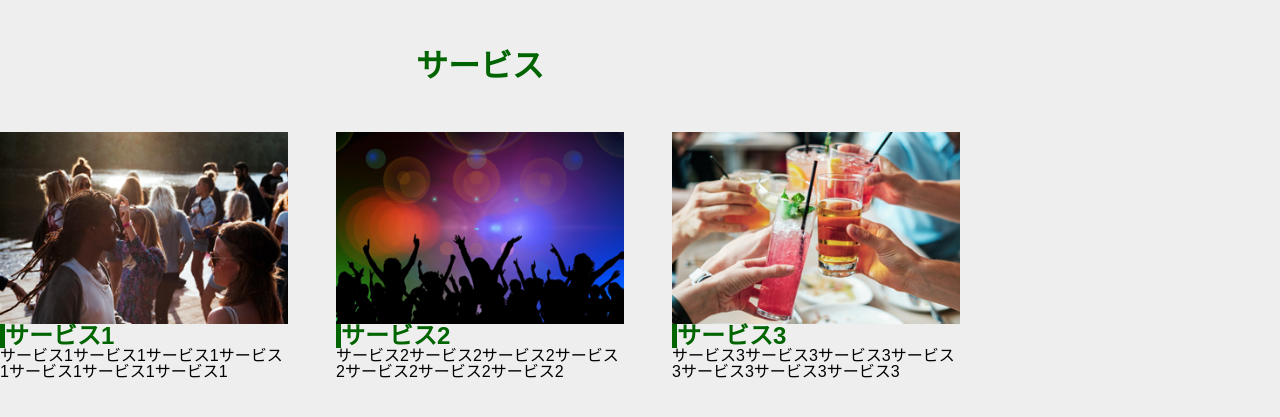
Repository: sonoyama01/dezasuta
Page: 第３回課題/work2/index.html
An editor plug-in stored every save of this project. The page is shown before and after the next save, followed by the edit.
The browser window is 1280 px wide. The pictures show the whole page.

Above is the page before, as saved 2024-04-27 23:20:39.

### 第３回課題/work2/index.html
<!DOCTYPE html>
<html lang="ja">

<head>
    <meta charset="UTF-8">
    <meta name="viewport" content="width=device-width, initial-scale=1.0">
    <title>第3回課題work2</title>
    <link rel="stylesheet" href="./css/reset.css">
    <link rel="stylesheet" href="./css/style.css">
</head>

<body>
    <h1>サービス</h1>
    <div class="box">
        <div>
            <img src="./images/main_1.jpg" alt="">
            <h2>サービス1</h2>
            <p>サービス1サービス1サービス1サービス1サービス1サービス1サービス1</p>
        </div>

        <div>
            <img src="./images/main_2.png" alt="">
            <h2>サービス2</h2>
            <p>サービス2サービス2サービス2サービス2サービス2サービス2サービス2</p>
        </div>

        <div>
            <img src="./images/main_3.png" alt="">
            <h2>サービス3</h2>
            <p>サービス3サービス3サービス3サービス3サービス3サービス3サービス3</p>
        </div>
    </div>

</body>

</html>

### 第３回課題/work2/css/reset.css
@charset "utf-8";

/* cssリセット */

/*利用するタグによってこちらの内容は増やす*/

html,
body,
h1,
h2,
h3,
p,
dl,
dt,
dd,
ul,
li {
  margin: 0;
  padding: 0;
  line-height: 1;
  /*デフォルトの文字色、font-familyを予め当てておく*/
  color: #000;
  font-family: "游ゴシック体", YuGothic, "游ゴシック", "Yu Gothic", "メイリオ",
    "Hiragino Kaku Gothic ProN", "Hiragino Sans", sans-serif;
}

a {
  /*下線を消す*/
  text-decoration: none;
  /*色を消す*/
  color: inherit;
}

ul {
  /*左の「・」を消す*/
  list-style: none;
}

img {
  max-width: 100%;
  vertical-align: bottom;
  border: none;
}

### 第３回課題/work2/css/style.css
@charset "utf-8";

body {
  width: 960px;
  background-color: #eeeeee;
}
h1 {
  text-align: center;
  color: #006400;
  margin: 50px auto;
}

h2 {
  color: #006400;
  border-left: 5px solid #006400;
}

.box {
  display: flex;
  justify-content: space-between;
  margin: 0 auto;
}
.box div {
  width: 30%;
}

After the next save:
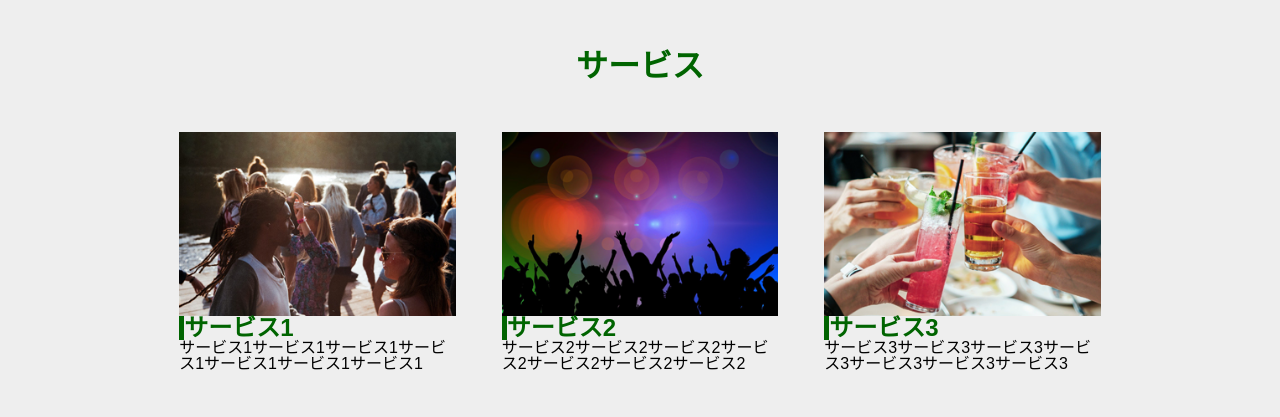
Saved 2 min 11 s later.
--- a/第３回課題/work2/css/style.css
+++ b/第３回課題/work2/css/style.css
@@ -3,6 +3,7 @@
 body {
   width: 960px;
   background-color: #eeeeee;
+  margin: 0 auto;
 }
 h1 {
   text-align: center;
@@ -18,7 +19,7 @@ h2 {
 .box {
   display: flex;
   justify-content: space-between;
-  margin: 0 auto;
+  padding: 0 2%;
 }
 .box div {
   width: 30%;
